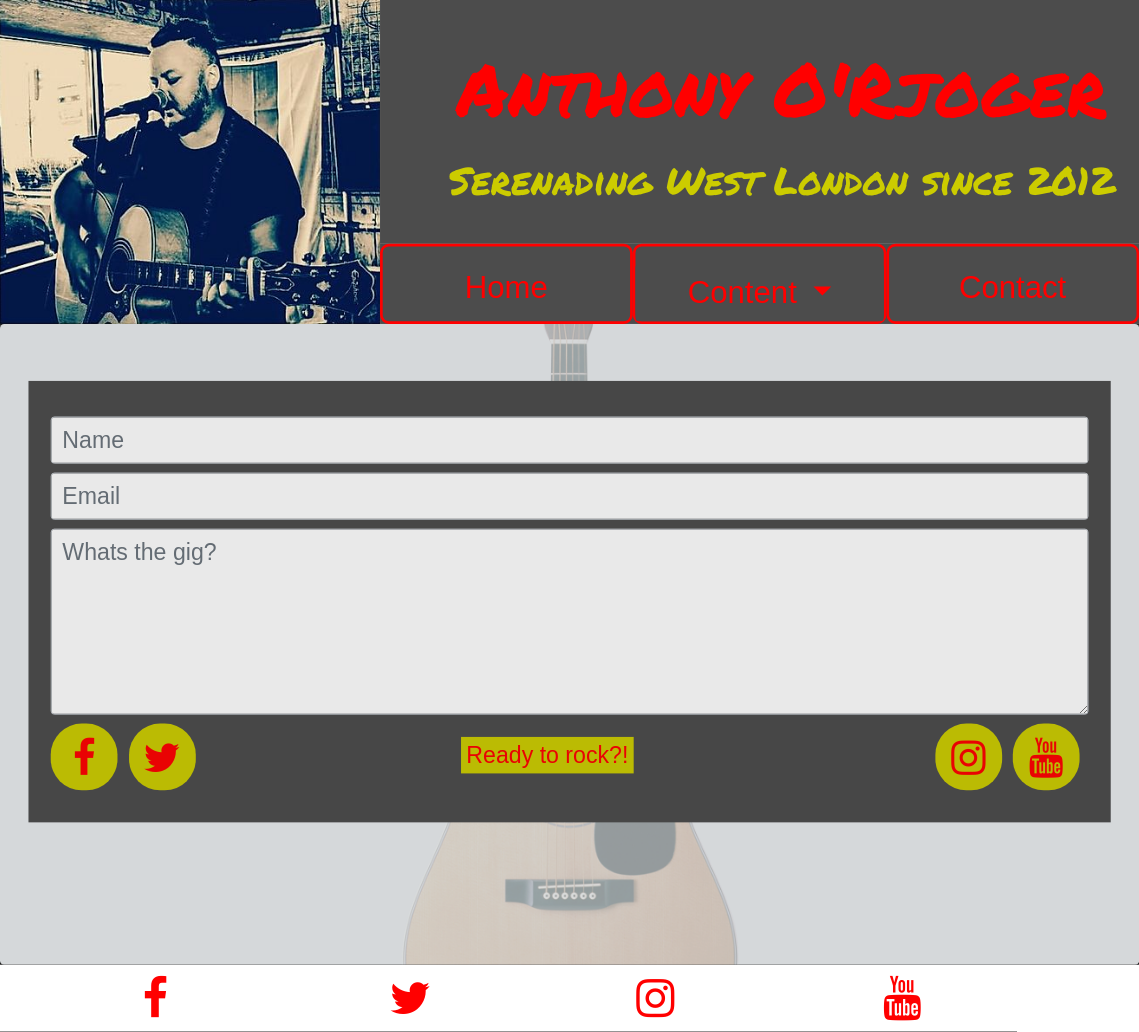
Repository: SimonGeorgeNZ/milestone_1
Page: contact.html
The author's editor kept a record of every edit. The page is drawn from the files as they stood at one moment, then again after the next edit.
The browser window is 1280 px wide. The pictures show the whole page, at 89% of full size.
Some web fonts or font styles are not loaded; a fallback is used. Some web libraries are served in a nearby version.

Above is the page before.

### contact.html
<!DOCTYPE html>
<html lang="en">

<head>
    <meta charset="UTF-8">
    <meta name="viewport" content="width=device-width, initial-scale=1.0">
    <meta http-equiv="X-UA-Compatible" content="ie=edge">
    <link rel="stylesheet" href="assets/css/style.css" type="text/css" />
    <link rel="stylesheet" href="https://maxcdn.bootstrapcdn.com/bootstrap/4.2.1/css/bootstrap.min.css" type="text/css" />
    <link rel="stylesheet" href="https://maxcdn.bootstrapcdn.com/font-awesome/4.7.0/css/font-awesome.min.css" type="text/css" />
    <title>Contact</title>
</head>

<body>
    <header>
        <div class="row no-gutters">
            <a class="col-md-4 profile" href="index.html"></a>
            <div class="col-md-8">
                <div class="row no-gutters bg-color-title">
                    <div class="col title">
                        <h1 class="name">Anthony O'Rjoger</h1>
                        <h2 class="tag-line">Serenading West London since 2012</h2>
                    </div>
                </div>
                <div class="row no-gutters bg-col-blk">
                    <div class="col-12 col-md-6 col-lg-4 nav-but">
                        <div class="a">Home</div>
                    </div>
                    <div class="col-12 col-md-6 col-lg-4 dropdown nav-but">
                        <button class="btn btn-secondary dropdown-toggle container-fluid" type="button" id="dropdownMenuButton" data-toggle="dropdown" aria-haspopup="true" aria-expanded="false">
    Content
  </button>
                        <div class="dropdown-menu" aria-labelledby="dropdownMenuButton">
                            <a class="dropdown-item" href="#">Photos</a>
                            <a class="dropdown-item" href="#">Videos</a>
                            <a class="dropdown-item" href="#">Originals</a>
                        </div>
                    </div>
                    <div class="col d-md-block d-none nav-but">
                        <div class="a">Contact</div>

                    </div>
                </div>

            </div>

        </div>
        </div>
    </header>
    <section class="main-bg-col">
        <div class="jumbotron jumbotron-main">
            <div class="container-fluid footer-bg footer">
                <div class="row">
                    <div class="col">
                        <form class="contact">
                            <div class="row no-gutters form">
                                <div class="col-12 contact">
                                    <input type="text" id="fullname" class="form-control" placeholder="Name" required />
                                    <input type="email" id="emailaddress" class="form-control" placeholder="Email" required />
                                </div>
                                <div class="col-12">
                                    <textarea rows="5" name="projectsummary" id="projectsummary" class="form-control" placeholder="Whats the gig?" required /></textarea>
                                </div>
                            </div>
                        </form>
                    </div>
                </div>
                <div class="form-row container-fluid">
                    <ul class="list-inline social-links">
                        <li class="list-inline-item">
                            <a target=_ "blank" href="https://www.facebook.com/anthonyorjogermusic/">
                            <i class="fa fa-facebook" aria-hidden="true"></i>
                            <span class="sr-only">Facebook</span>
                        </a>
                        </li>
                        <li class="list-inline-item">
                            <a target=_ "blank" href="https://twitter.com/anthonyorjoger">
                             <i class="fa fa-twitter" aria-hidden="true"></i>
                               <span class="sr-only">Twitter</span>
                        </a>
                        </li>
                    </ul>
                    <input class="submit" type="submit" value="Ready to rock?!" />
                    <ul>
                        <ul class="list-inline social-links">
                            <li class="list-inline-item">
                                <a target=_ "blank" href="https://www.instagram.com/aor_music/">
                            <i class="fa fa-instagram" aria-hidden="true"></i>
                            <span class="sr-only">Instagram</span>
                        </a>
                            </li>
                            <li class="list-inline-item">
                                <a target=_ "blank" href="https://www.youtube.com/channel/UCJdZ-PkIdPwwX4xIostHZ1g">
                             <i class="fa fa-youtube" aria-hidden="true"></i>
                               <span class="sr-only">Youtube</span>
                        </a>
                            </li>
                        </ul>
                </div>
            </div>

        </div>


    </section>
    <footer>
        <div class="container soclai-links-top">
            <div class="row no-gutters">
                <div class="col">
                    <a class="social-but" target=_ "blank" href="https://www.facebook.com/anthonyorjogermusic/">
                             <i class="fa fa-facebook" aria-hidden="true"></i>
                               <span class="sr-only">facebook</span>
                        </a>
                </div>
                <div class="col">
                    <a class="social-but" target=_ "blank" href="https://twitter.com/anthonyorjoger">
                             <i class="fa fa-twitter" aria-hidden="true"></i>
                               <span class="sr-only">Twitter</span>
                        </a>
                </div>
                <div class="col">
                    <a class="social-but" target=_ "blank" href="https://www.instagram.com/aor_music/">
                             <i class="fa fa-instagram" aria-hidden="true"></i>
                               <span class="sr-only">Instagram</span>
                        </a>
                </div>
                <div class="col">
                    <a class="social-but" target=_ "blank" href="https://www.youtube.com/channel/UCJdZ-PkIdPwwX4xIostHZ1g">
                             <i class="fa fa-youtube" aria-hidden="true"></i>
                               <span class="sr-only">Youtube</span>
                        </a>
                </div>
            </div>
        </div>
    </footer>

</body>
<script src="https://code.jquery.com/jquery-3.4.1.slim.min.js" integrity="sha384-J6qa4849blE2+poT4WnyKhv5vZF5SrPo0iEjwBvKU7imGFAV0wwj1yYfoRSJoZ+n" crossorigin="anonymous"></script>
<script src="https://cdn.jsdelivr.net/npm/popper.js@1.16.0/dist/umd/popper.min.js" integrity="sha384-Q6E9RHvbIyZFJoft+2mJbHaEWldlvI9IOYy5n3zV9zzTtmI3UksdQRVvoxMfooAo" crossorigin="anonymous"></script>
<script src="https://stackpath.bootstrapcdn.com/bootstrap/4.4.1/js/bootstrap.min.js" integrity="sha384-wfSDF2E50Y2D1uUdj0O3uMBJnjuUD4Ih7YwaYd1iqfktj0Uod8GCExl3Og8ifwB6" crossorigin="anonymous"></script>


</html>

### assets/css/style.css
@import url('https://fonts.googleapis.com/css?family=Alatsi|Permanent+Marker|100,200,300,400,500,600,700');



/*------------------Colors------*/

.bg-color-title {
    background-color: #4c4c4c;
}

.li-menu-color {
    background-color: #4c4c4c;
}

.bg-col-blk {
    background-color: #4c4c4c;
}

.main-bg-col {
    background-color: rgb(34, 34, 34)
}

.footer-bg {
    background-color: #4c4c4c;
}

.submit {
    color: #ff0000!important;
    background-color: #cccc00!important;
}

.submit-nav {
    background-color: #4c4c4c!important;
    color: #ff0000!important;
}

.name {
    color: #ff0000;
}

.tag-line {
    color: #cccc00;
}

.nav-but {
    border-color: #ff0000;
    color: #ff0000;
    background-color: #4c4c4c;
}

.dropdown-menu {
    background-color: #4c4c4c !important;
    border-color: #ff0000!important;
}

#dropdownMenuButton {
    color: #ff0000;
    background-color: #4c4c4c;
}

.dropdown-item {
    color: #ff0000!important;
}

h4 {
    color: #ff0000!important;
}

.social-links-top {
    border-color: #ff0000!important;
}


/*------------------Heading------*/

header {
    margin: 0;
}

.title {
    margin-left: 50px;
}


.profile {
    background: url("../images/anthony.jpg");
    background-position: center;
    background-repeat: no-repeat;
    background-size: cover;
    min-height: 350px;
    transition: all ease-in-out;
    -moz-transition: all .5s ease-in-out;
    -webkit-transition: all .5s ease-in-out;

}

.name {
    font-family: "Permanent Marker", sans-serif;
    font-weight: 100;
    font-size: calc(70px + 1vw);
    margin-top: 50px;
    text-align: center;
    padding-bottom: 20px;
}

.tag-line {
    font-family: "Permanent Marker", sans-serif;
    font-weight: 200;
    font-size: calc(30px + 1vw);
    margin-bottom: 20px;
    text-align: center;
    padding-bottom: 25px;
}


.menucontainer {
    font-size: 0;
}

#nav li {
    font-size: 14px;
    padding: 0;
    margin: 0;
}

.soclai-links-top {
    padding: 0;
    z-index: 1;
}

/*------------------Nav------*/

.nav-but {
    border-style: solid;
    border-width: 3px;
    border-radius: 10px;
    font-family: 'Alatsi', sans-serif;
    font-size: 35px;
    text-align: center;
    padding-top: 20px;
}

.dropdown-menu {
    border-width: 3px!important;
    font-size: 35px!important;
    text-align: center!important;
    min-width: 75px!important;
    min-height: 75px!important;
    border-radius: 10px!important;

}

#dropdownMenuButton {
    font-family: 'Alatsi', sans-serif;
    font-size: 35px;
    border: none;
}

.submit-nav {
    border-style: none!important;
    font-size: 35px!important;
}





/*------------------Main-section------*/

.jumbotron {
    margin-bottom: 0!important;
    z-index: 0;
}

.jumbotron-main {
    background-attachment: scroll;
    background: url("../images/Background-image.png");
    background-repeat: no-repeat;
    min-height: 100vh;
    background-position: center;
    opacity: 0.9;
}

.social-but {
    font-size: 50px;
    color: #ff0000;
    margin-left: 75px;
}

.contact-main {
    width: 70%;
    margin-left: 100px;
    display: inline-block;
}



/*------------------Footer------*/

.footer {
    padding: 20px;
}

.submit {
    font-family: 'Alatsi', sans-serif;
    font-size: 26px;
    border: none;
    display: inline-block;
    margin: auto;
    margin-top: 15px;
}

.contact {
    padding: 10px;
}

#fullname {
    margin-bottom: 10px;
}

input[type="text"] {
    font-family: 'Alatsi', sans-serif;
    font-size: 26px;
}

input[type="email"] {
    font-family: 'Alatsi', sans-serif;
    font-size: 26px;
}

#projectsummary {
    font-family: 'Alatsi', sans-serif;
    font-size: 26px;
}


/*---------------Footer------------------*/



.social-links li a i {
    font-size: 45px;
    background-color: #cccc00;
    color: #ff0000;
    height: 75px;
    width: 75px;
    border-radius: 35px;
    text-align: center;
    padding: 15px 0;
}

After the next edit:
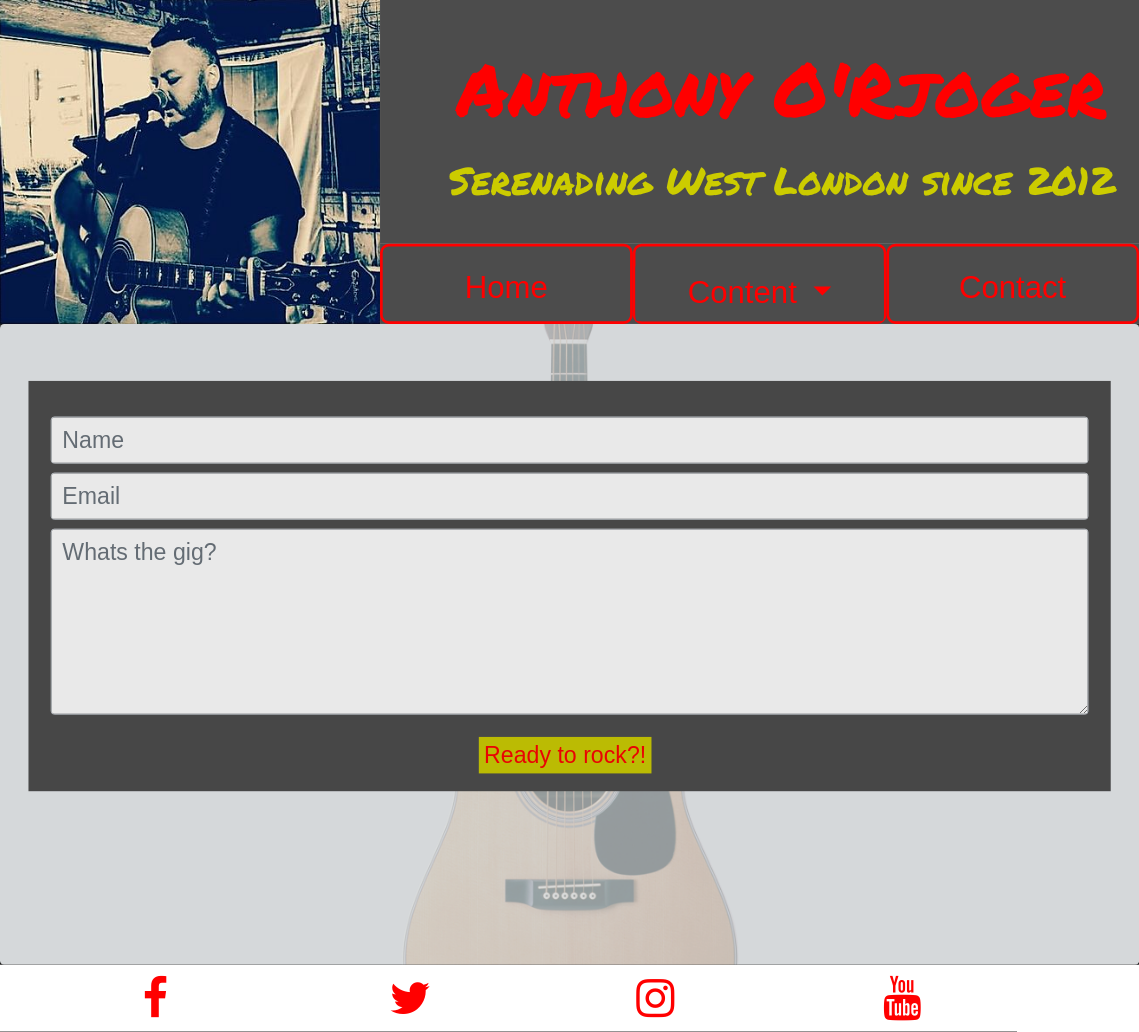
The edit:
--- a/contact.html
+++ b/contact.html
@@ -66,36 +66,8 @@
                     </div>
                 </div>
                 <div class="form-row container-fluid">
-                    <ul class="list-inline social-links">
-                        <li class="list-inline-item">
-                            <a target=_ "blank" href="https://www.facebook.com/anthonyorjogermusic/">
-                            <i class="fa fa-facebook" aria-hidden="true"></i>
-                            <span class="sr-only">Facebook</span>
-                        </a>
-                        </li>
-                        <li class="list-inline-item">
-                            <a target=_ "blank" href="https://twitter.com/anthonyorjoger">
-                             <i class="fa fa-twitter" aria-hidden="true"></i>
-                               <span class="sr-only">Twitter</span>
-                        </a>
-                        </li>
-                    </ul>
+
                     <input class="submit" type="submit" value="Ready to rock?!" />
-                    <ul>
-                        <ul class="list-inline social-links">
-                            <li class="list-inline-item">
-                                <a target=_ "blank" href="https://www.instagram.com/aor_music/">
-                            <i class="fa fa-instagram" aria-hidden="true"></i>
-                            <span class="sr-only">Instagram</span>
-                        </a>
-                            </li>
-                            <li class="list-inline-item">
-                                <a target=_ "blank" href="https://www.youtube.com/channel/UCJdZ-PkIdPwwX4xIostHZ1g">
-                             <i class="fa fa-youtube" aria-hidden="true"></i>
-                               <span class="sr-only">Youtube</span>
-                        </a>
-                            </li>
-                        </ul>
                 </div>
             </div>
 
